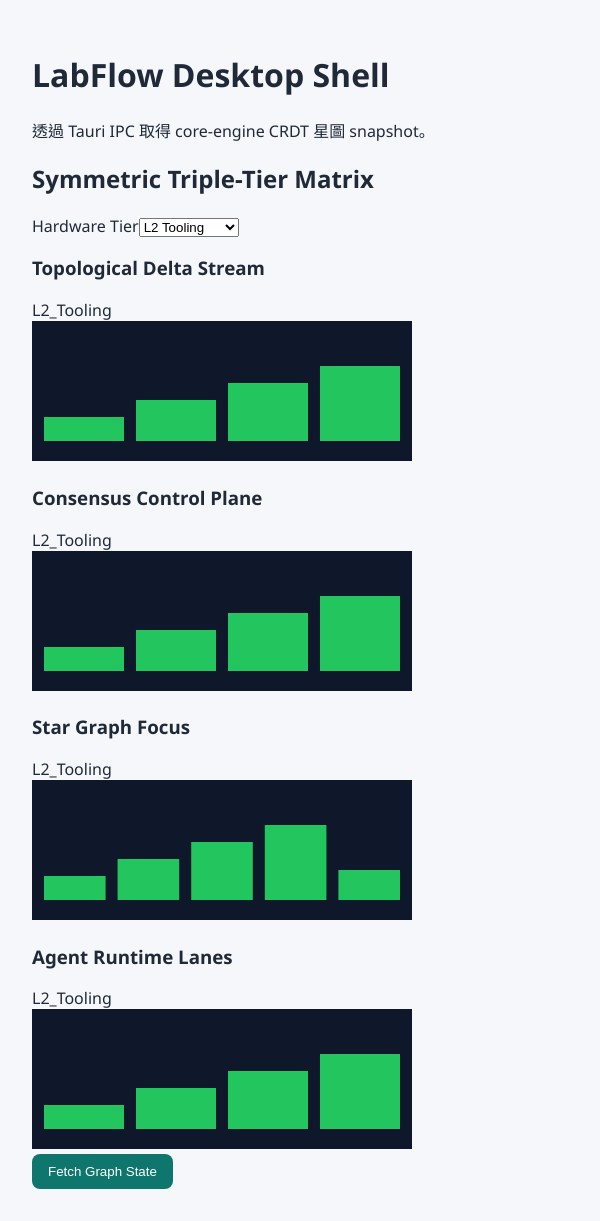
Repository: tico-Lin/LabFlow_Pro
Page: / (app in ui-desktop/)
These files come from the project's save history. The page is drawn as it stood at one moment and after the next save; the edit follows.
The browser window is 600 px wide. The pictures show the whole page.
The project was rebuilt for these pictures with package versions that can differ from the ones it lists, and the page was loaded fresh each time. Also part of the build but not shown: ui-desktop/vite.config.ts.

Above is the page before, as saved 2026-04-13 20:58:34.

### ui-desktop/index.html
<!doctype html>
<html lang="zh-Hant">
  <head>
    <meta charset="UTF-8" />
    <meta name="viewport" content="width=device-width, initial-scale=1.0" />
    <title>LabFlow Desktop</title>
  </head>
  <body>
    <div id="root"></div>
    <script type="module" src="/src/main.tsx"></script>
  </body>
</html>

### ui-desktop/src/main.tsx
import React from "react";
import ReactDOM from "react-dom/client";
import App from "./App";
import "./styles.css";

ReactDOM.createRoot(document.getElementById("root")!).render(
  <React.StrictMode>
    <App />
  </React.StrictMode>
);

### ui-desktop/src/App.tsx
import { useState } from "react";
import { invoke } from "@tauri-apps/api/core";
import MatrixDashboard from "./components/MatrixDashboard";

type GraphStateSnapshot = {
  nodes: Array<{ id: string; label: string; properties: Record<string, string> }>;
  edges: Array<{ id: string; from: string; to: string; label: string }>;
  deleted_edges: string[];
  op_count: number;
};

export default function App() {
  const [snapshot, setSnapshot] = useState<GraphStateSnapshot | null>(null);
  const [loading, setLoading] = useState(false);
  const [error, setError] = useState<string | null>(null);

  const fetchState = async () => {
    setLoading(true);
    setError(null);
    try {
      const next = await invoke<GraphStateSnapshot>("fetch_graph_state");
      setSnapshot(next);
    } catch (err) {
      setError(err instanceof Error ? err.message : String(err));
    } finally {
      setLoading(false);
    }
  };

  return (
    <main className="app-shell">
      <h1>LabFlow Desktop Shell</h1>
      <p>透過 Tauri IPC 取得 core-engine CRDT 星圖 snapshot。</p>
      <MatrixDashboard />
      <button onClick={fetchState} disabled={loading}>
        {loading ? "讀取中..." : "Fetch Graph State"}
      </button>
      {error && <pre className="error">{error}</pre>}
      {snapshot && <pre>{JSON.stringify(snapshot, null, 2)}</pre>}
    </main>
  );
}

### ui-desktop/src/styles.css
* {
  box-sizing: border-box;
}

body {
  margin: 0;
  font-family: "Segoe UI", sans-serif;
  background: #f5f7fb;
  color: #1f2937;
}

.app-shell {
  max-width: 920px;
  margin: 0 auto;
  padding: 2rem;
}

button {
  border: none;
  background: #0f766e;
  color: white;
  padding: 0.6rem 1rem;
  border-radius: 0.5rem;
  cursor: pointer;
}

button[disabled] {
  opacity: 0.7;
  cursor: wait;
}

pre {
  background: #111827;
  color: #e5e7eb;
  border-radius: 0.5rem;
  padding: 1rem;
  overflow: auto;
}

.error {
  border: 1px solid #ef4444;
}

### ui-desktop/src/components/MatrixDashboard.tsx
import { useEffect, useMemo, useRef, useState } from "react";

export enum RenderTier {
  L1_Skeleton = "L1_Skeleton",
  L2_Tooling = "L2_Tooling",
  L3_Advanced = "L3_Advanced"
}

type Capability = {
  tier: RenderTier;
  setTier: (tier: RenderTier) => void;
};

export function useHardwareCapability(): Capability {
  const [tier, setTier] = useState<RenderTier>(() => {
    if (typeof window === "undefined") {
      return RenderTier.L2_Tooling;
    }

    const preset = window.localStorage.getItem("labflow.renderTier");
    if (preset === RenderTier.L1_Skeleton || preset === RenderTier.L2_Tooling || preset === RenderTier.L3_Advanced) {
      return preset;
    }

    return RenderTier.L2_Tooling;
  });

  const updateTier = (next: RenderTier) => {
    setTier(next);
    if (typeof window !== "undefined") {
      window.localStorage.setItem("labflow.renderTier", next);
    }
  };

  return { tier, setTier: updateTier };
}

type GraphCard = {
  id: string;
  title: string;
  x: number;
  y: number;
  w: number;
  h: number;
  content: string[];
};

type GridCardProps = {
  card: GraphCard;
  tier: RenderTier;
};

function L2CanvasChart({ points }: { points: string[] }) {
  const canvasRef = useRef<HTMLCanvasElement>(null);

  useEffect(() => {
    const canvas = canvasRef.current;
    if (!canvas) {
      return;
    }

    const ctx = canvas.getContext("2d");
    if (!ctx) {
      return;
    }

    const width = canvas.width;
    const height = canvas.height;
    ctx.clearRect(0, 0, width, height);
    ctx.fillStyle = "#0f172a";
    ctx.fillRect(0, 0, width, height);

    const barGap = 12;
    const barWidth = Math.max(12, (width - barGap * (points.length + 1)) / points.length);

    points.forEach((_, idx) => {
      const value = 24 + ((idx * 17) % 62);
      const x = barGap + idx * (barWidth + barGap);
      const y = height - value - 20;
      ctx.fillStyle = "#22c55e";
      ctx.fillRect(x, y, barWidth, value);
    });
  }, [points]);

  return <canvas ref={canvasRef} className="tier-canvas" width={380} height={140} />;
}

function L3WebGLStarMap() {
  const canvasRef = useRef<HTMLCanvasElement>(null);
  const [fallback, setFallback] = useState(false);

  useEffect(() => {
    const canvas = canvasRef.current;
    if (!canvas) {
      return;
    }

    const gl = canvas.getContext("webgl2") ?? canvas.getContext("webgl");
    if (!gl) {
      setFallback(true);
      return;
    }

    gl.viewport(0, 0, canvas.width, canvas.height);
    gl.clearColor(0.03, 0.06, 0.13, 1.0);
    gl.clear(gl.COLOR_BUFFER_BIT);
  }, []);

  if (fallback) {
    return <div className="tier-fallback">WebGL unavailable, fallback to L2 canvas.</div>;
  }

  return <canvas ref={canvasRef} className="tier-canvas" width={420} height={170} />;
}

function GridCard({ card, tier }: GridCardProps) {
  const tabletSpan = card.w >= 8 ? 6 : card.w >= 4 ? 3 : 2;

  const style = {
    "--x": card.x,
    "--y": card.y,
    "--w": card.w,
    "--h": card.h,
    "--tablet-span": tabletSpan
  } as React.CSSProperties;

  return (
    <article className="matrix-card" style={style}>
      <header>
        <h3>{card.title}</h3>
        <span>{tier}</span>
      </header>

      {tier === RenderTier.L1_Skeleton && (
        <ul className="tier-list">
          {card.content.map((item) => (
            <li key={item}>{item}</li>
          ))}
        </ul>
      )}

      {tier === RenderTier.L2_Tooling && <L2CanvasChart points={card.content} />}

      {tier === RenderTier.L3_Advanced && <L3WebGLStarMap />}
    </article>
  );
}

export default function MatrixDashboard() {
  const { tier, setTier } = useHardwareCapability();

  const cards = useMemo<GraphCard[]>(
    () => [
      {
        id: "A1",
        title: "Topological Delta Stream",
        x: 0,
        y: 0,
        w: 6,
        h: 4,
        content: ["Node churn", "Edge entropy", "Replica lag", "Conflict rate"]
      },
      {
        id: "B1",
        title: "Consensus Control Plane",
        x: 6,
        y: 0,
        w: 6,
        h: 4,
        content: ["Election horizon", "Clock skew", "State transfer", "Checkpoint"]
      },
      {
        id: "C1",
        title: "Star Graph Focus",
        x: 0,
        y: 4,
        w: 8,
        h: 5,
        content: ["Sector A", "Sector B", "Sector C", "Sector D", "Sector E"]
      },
      {
        id: "D1",
        title: "Agent Runtime Lanes",
        x: 8,
        y: 4,
        w: 4,
        h: 5,
        content: ["L1 skeleton", "L2 tooling", "L3 advanced", "IPC health"]
      }
    ],
    []
  );

  return (
    <section className="matrix-dashboard">
      <div className="dashboard-header">
        <h2>Symmetric Triple-Tier Matrix</h2>
        <div className="tier-switcher">
          <label htmlFor="tier-select">Hardware Tier</label>
          <select
            id="tier-select"
            value={tier}
            onChange={(event) => setTier(event.target.value as RenderTier)}
          >
            <option value={RenderTier.L1_Skeleton}>L1 Skeleton</option>
            <option value={RenderTier.L2_Tooling}>L2 Tooling</option>
            <option value={RenderTier.L3_Advanced}>L3 Advanced</option>
          </select>
        </div>
      </div>

      <div className="virtual-grid" role="list">
        {cards.map((card) => (
          <GridCard key={card.id} card={card} tier={tier} />
        ))}
      </div>
    </section>
  );
}

After the next save:
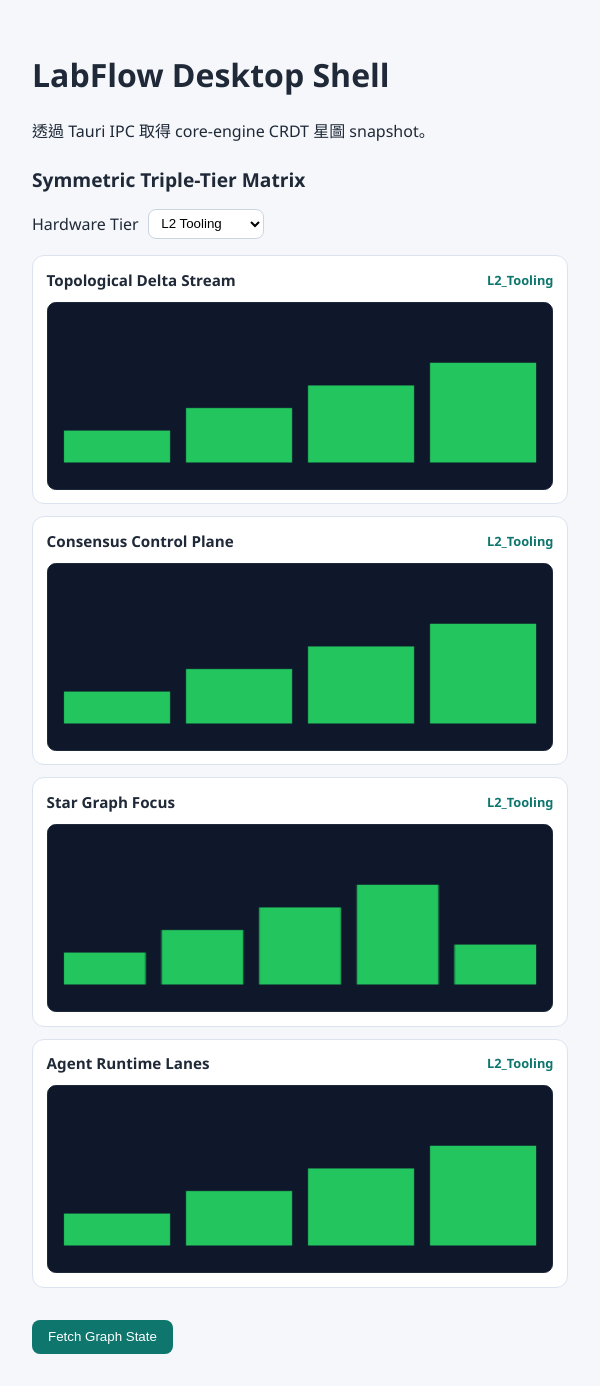
Saved 21 s later.
--- a/ui-desktop/src/styles.css
+++ b/ui-desktop/src/styles.css
@@ -10,9 +10,134 @@ body {
 }
 
 .app-shell {
-  max-width: 920px;
+  max-width: 1200px;
   margin: 0 auto;
   padding: 2rem;
+}
+
+.matrix-dashboard {
+  margin: 1.5rem 0 2rem;
+}
+
+.dashboard-header {
+  display: flex;
+  justify-content: space-between;
+  align-items: center;
+  gap: 1rem;
+  margin-bottom: 1rem;
+}
+
+.dashboard-header h2 {
+  margin: 0;
+  font-size: 1.2rem;
+}
+
+.tier-switcher {
+  display: flex;
+  align-items: center;
+  gap: 0.6rem;
+}
+
+.tier-switcher select {
+  border: 1px solid #cbd5e1;
+  border-radius: 0.5rem;
+  padding: 0.35rem 0.5rem;
+  background: #fff;
+}
+
+.virtual-grid {
+  display: grid;
+  grid-template-columns: repeat(12, minmax(0, 1fr));
+  grid-auto-rows: 64px;
+  gap: 12px;
+}
+
+.matrix-card {
+  grid-column: calc(var(--x) + 1) / span var(--w);
+  grid-row: calc(var(--y) + 1) / span var(--h);
+  background: #ffffff;
+  border: 1px solid #dbe3ef;
+  border-radius: 0.75rem;
+  padding: 0.85rem;
+  display: flex;
+  flex-direction: column;
+  gap: 0.75rem;
+  min-height: 0;
+}
+
+.matrix-card header {
+  display: flex;
+  justify-content: space-between;
+  align-items: center;
+  gap: 0.6rem;
+}
+
+.matrix-card h3 {
+  margin: 0;
+  font-size: 0.95rem;
+}
+
+.matrix-card header span {
+  color: #0f766e;
+  font-weight: 600;
+  font-size: 0.8rem;
+}
+
+.tier-list {
+  margin: 0;
+  padding-left: 1.2rem;
+  line-height: 1.5;
+}
+
+.tier-canvas {
+  width: 100%;
+  height: 100%;
+  min-height: 130px;
+  border-radius: 0.55rem;
+  border: 1px solid #1e293b;
+  background: #0f172a;
+}
+
+.tier-fallback {
+  min-height: 130px;
+  display: grid;
+  place-items: center;
+  border-radius: 0.55rem;
+  border: 1px solid #334155;
+  background: #0f172a;
+  color: #cbd5e1;
+  text-align: center;
+  padding: 0.75rem;
+}
+
+@media (max-width: 960px) {
+  .virtual-grid {
+    grid-template-columns: repeat(6, minmax(0, 1fr));
+    grid-auto-rows: minmax(72px, auto);
+    grid-auto-flow: row dense;
+  }
+
+  .matrix-card {
+    grid-column: span var(--tablet-span);
+    grid-row: auto;
+  }
+}
+
+@media (max-width: 640px) {
+  .dashboard-header {
+    flex-direction: column;
+    align-items: flex-start;
+  }
+
+  .virtual-grid {
+    grid-template-columns: 1fr;
+    grid-auto-rows: auto;
+  }
+
+  .matrix-card {
+    grid-column: 1 / -1;
+    grid-row: auto;
+  }
 }
 
 button {
